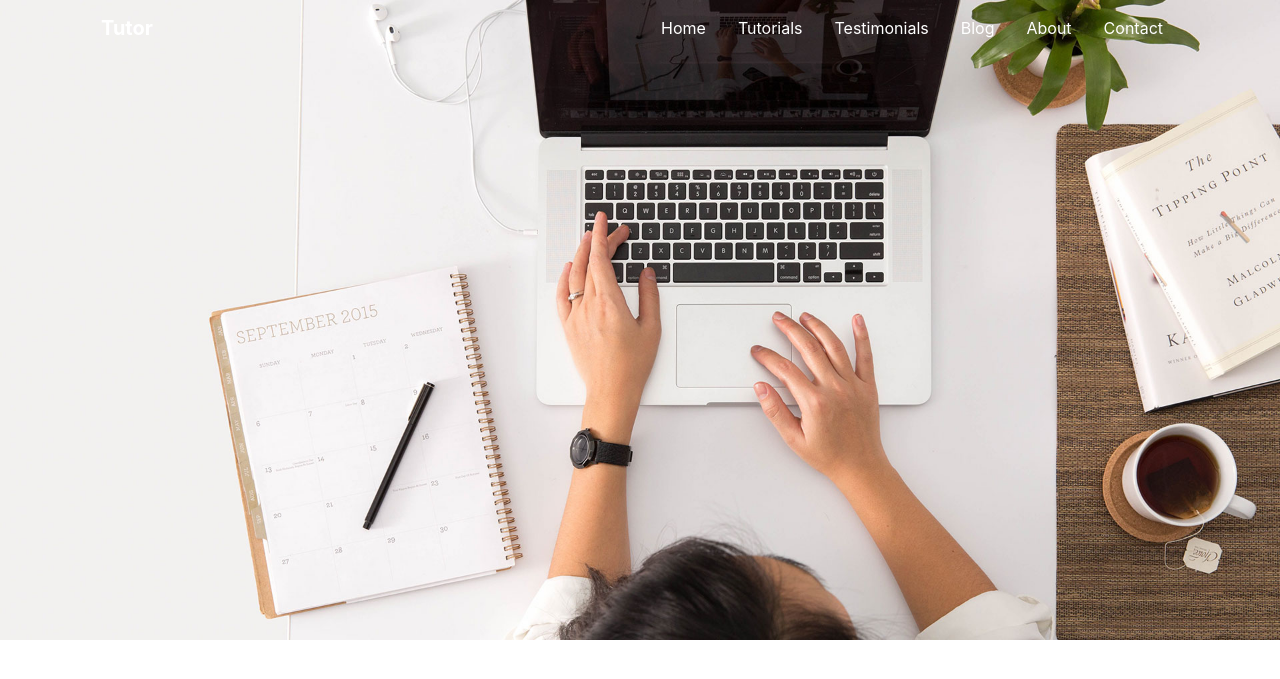
Repository: longvh2003/Tutor
Page: Views/home.html
An editor plug-in stored every save of this project. The page is shown before and after the next save, followed by the edit.
The browser window is 1280 px wide. The pictures show the whole page.
Some web libraries are served in a nearby version.

Above is the page before, as saved 2020-08-12 16:15:00.

After the next save:
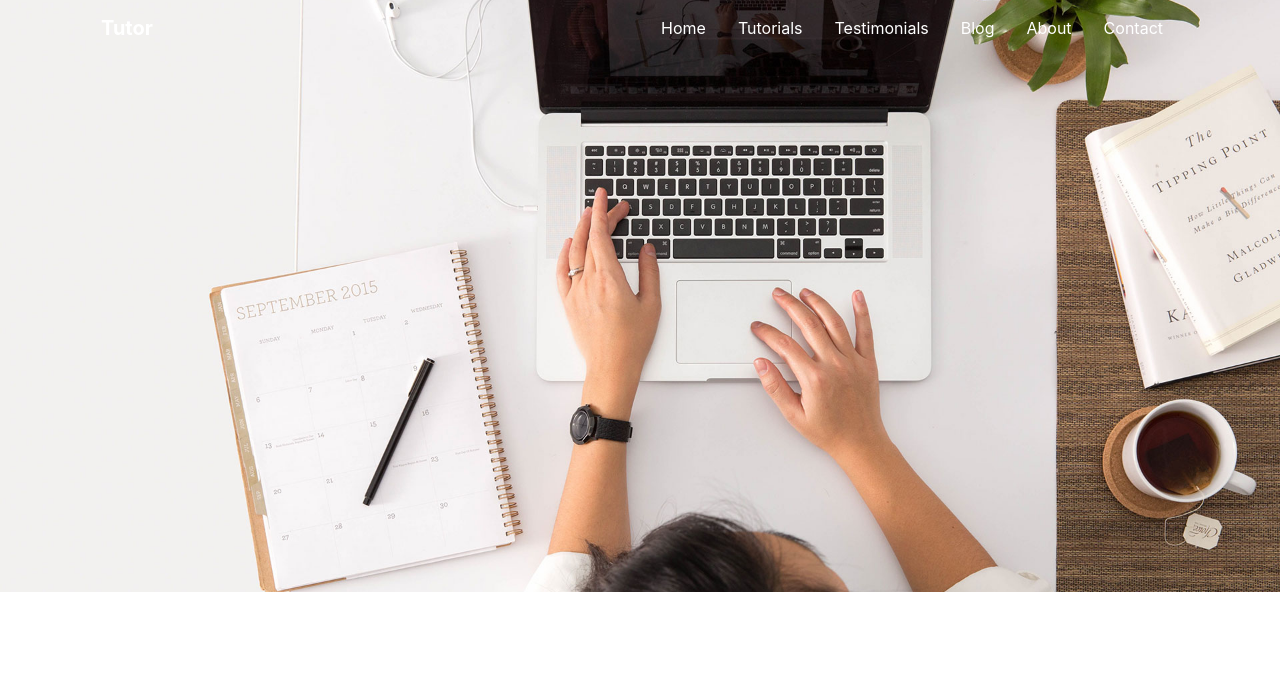
Saved 16 s later.
--- a/Css/home.css
+++ b/Css/home.css
@@ -5,7 +5,7 @@ body {
 }
 .header{
     background: url(../Image/hero_bg.jpg) no-repeat center center;
-    height: 40rem;
+    height: 37rem;
     background-size: cover;
 }
 .opacity{
